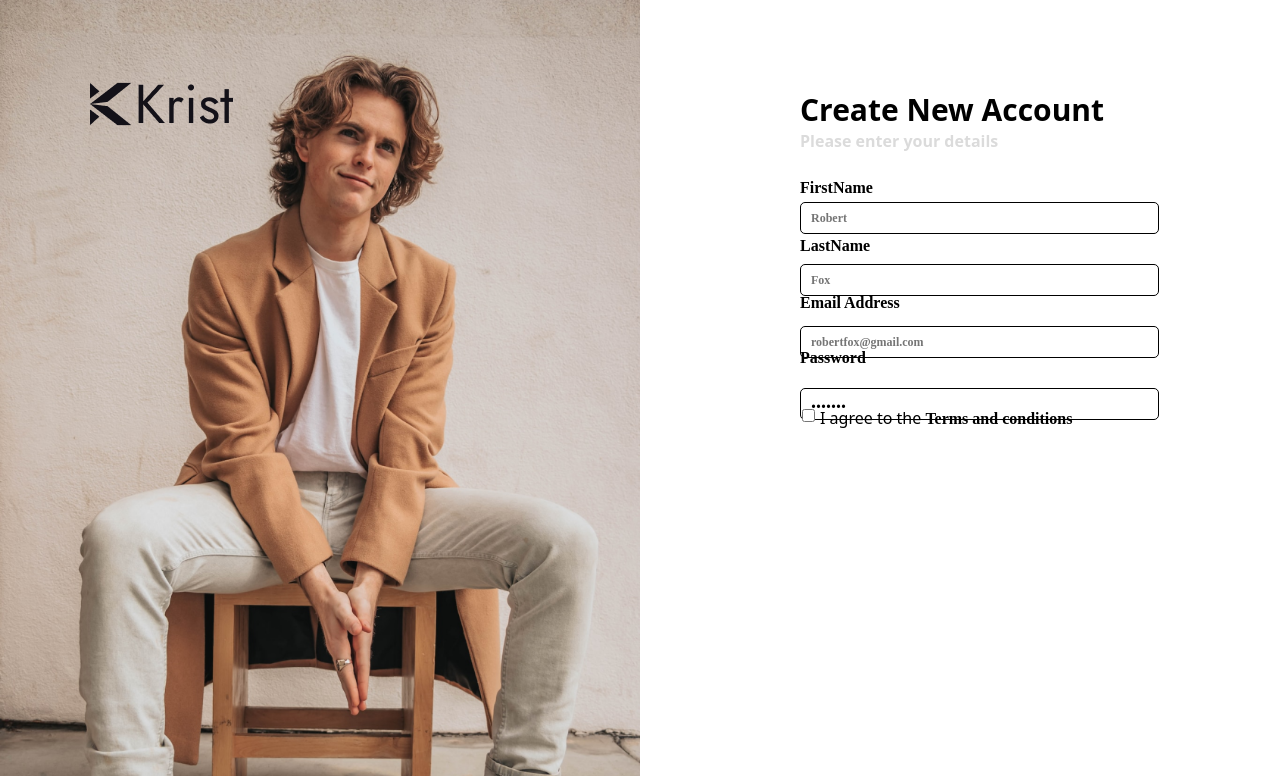
Repository: isaacCodes1/Krist-Website
Page: new-account.html
An editor plug-in stored every save of this project. The page is shown before and after a run of saves, followed by the edit.
The browser window is 1280 px wide. The pictures show the whole page.

Above is the page before, as saved 2024-04-10 14:26:37.

After the next 2 saves:
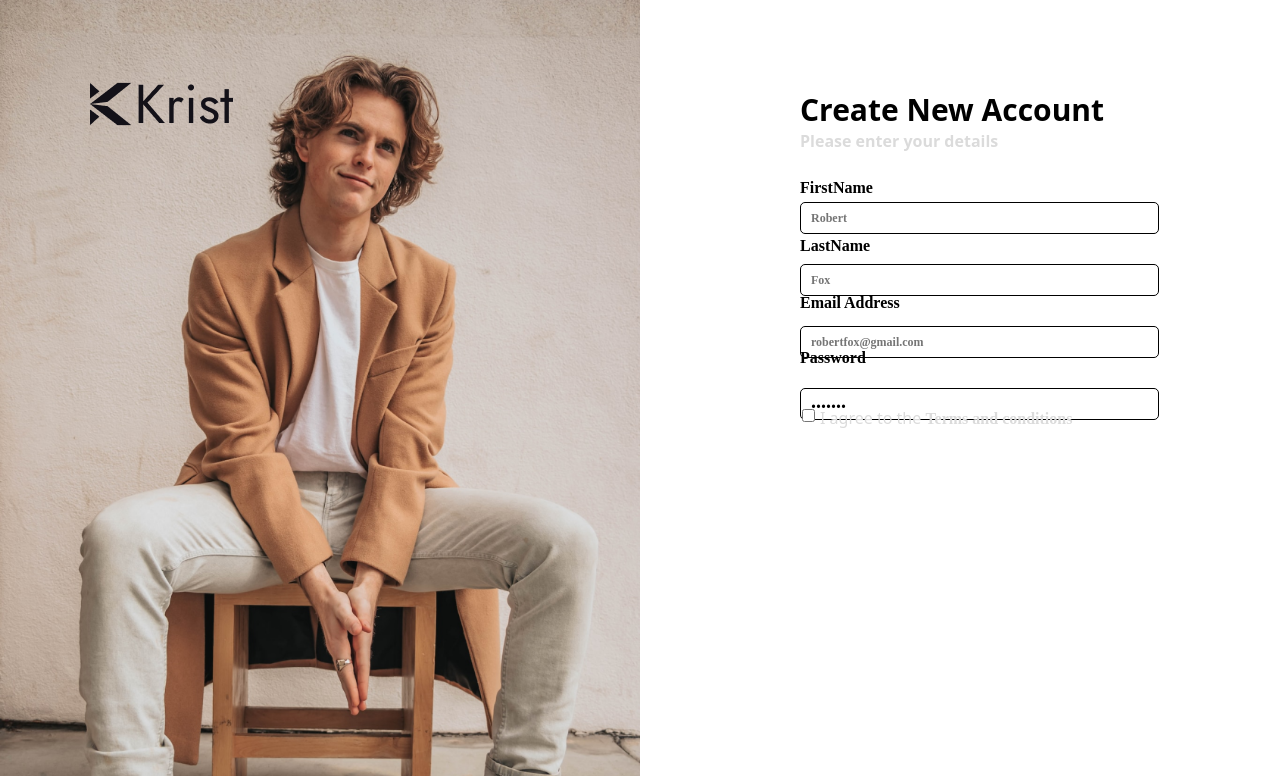
The 2 saves are shown as one change because they came seconds apart.
The last was saved 16 s later.
--- a/style.css
+++ b/style.css
@@ -550,7 +550,7 @@ form p {
   margin-left: 20px;
   position: absolute;
   top: 318px;
-  color: #000;
+  color: #dbdbdb;
   font-weight: normal;
 }
 strong{
